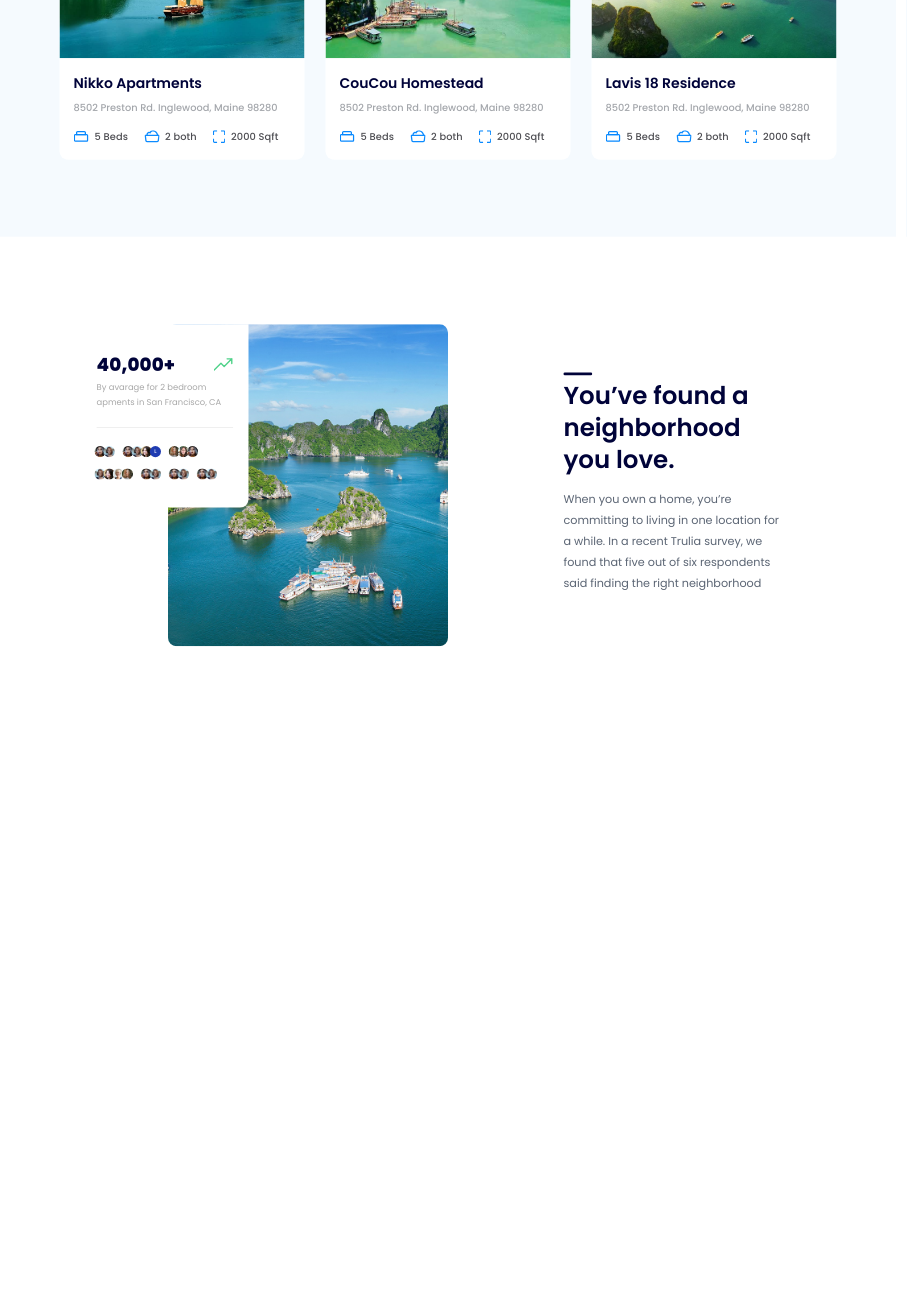
Repository: anhtien111198/f8-htmlcss-01
Page: index.html
These files come from the project's save history. The page is drawn as it stood at one moment and after the next save; the edit follows.
The browser window is 1280 px wide. The page is 1295 px wide, so the pictures cover 1295 px, including what lies to the right of the window. The pictures show the part of the page from y = 2183 to 4063 px (the page is 10000 px tall), at 70% of full size.

Above is the page before, as saved 2023-05-01 14:21:42.

After the next save:
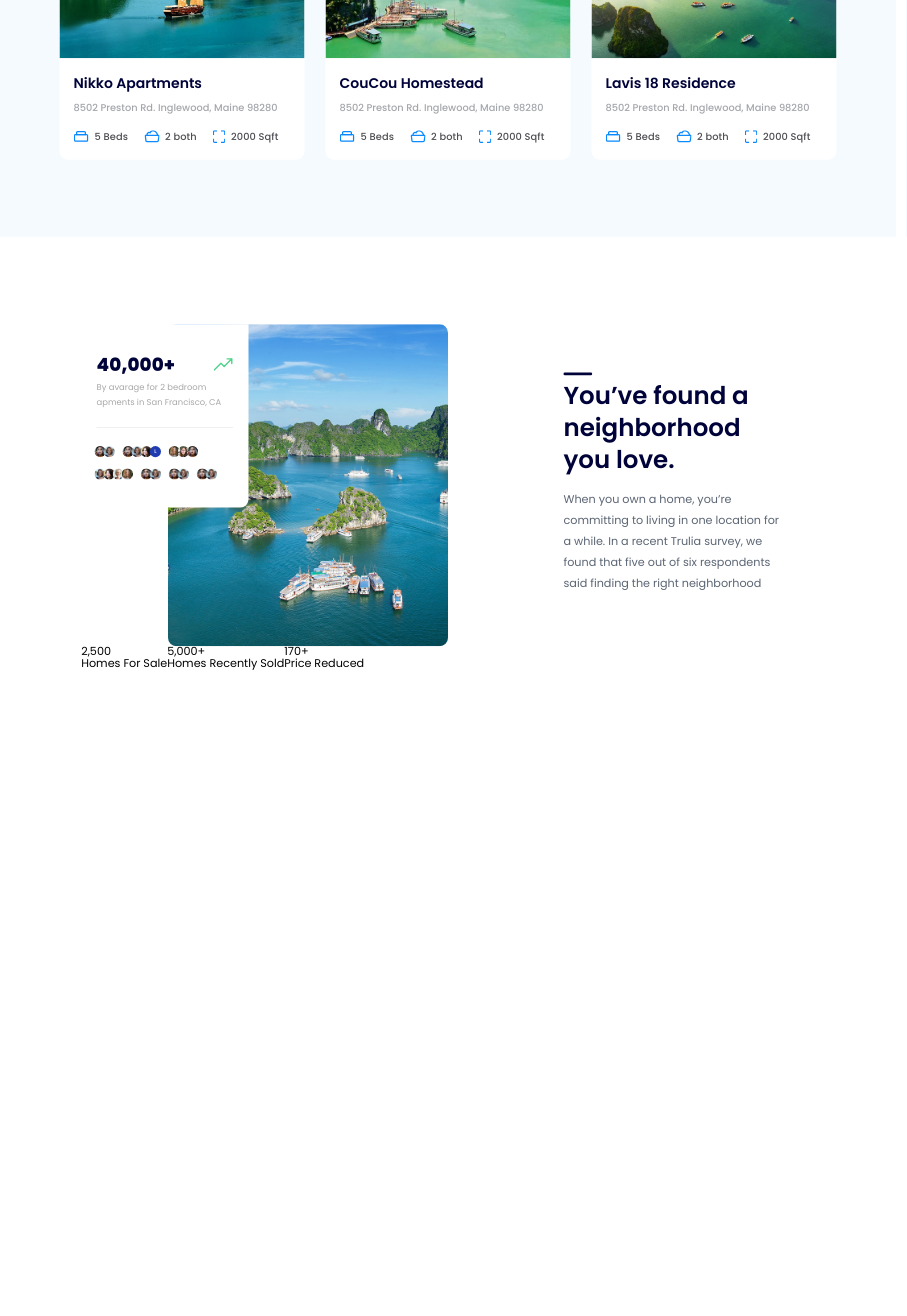
Saved 7 min 2 s later.
--- a/index.html
+++ b/index.html
@@ -462,6 +462,20 @@
                             </p>
                         </div>
                     </div>
+                    <div class="row row-qty">
+                        <div class="qty-item">
+                            <strong class="qty">2,500</strong>
+                            <p class="qty-desc">Homes For Sale</p>
+                        </div>
+                        <div class="qty-item">
+                            <strong class="qty">5,000+</strong>
+                            <p class="qty-desc">Homes Recently Sold</p>
+                        </div>
+                        <div class="qty-item">
+                            <strong class="qty">170+</strong>
+                            <p class="qty-desc">Price Reduced</p>
+                        </div>
+                    </div>
                 </div>
             </div>
         </main>
